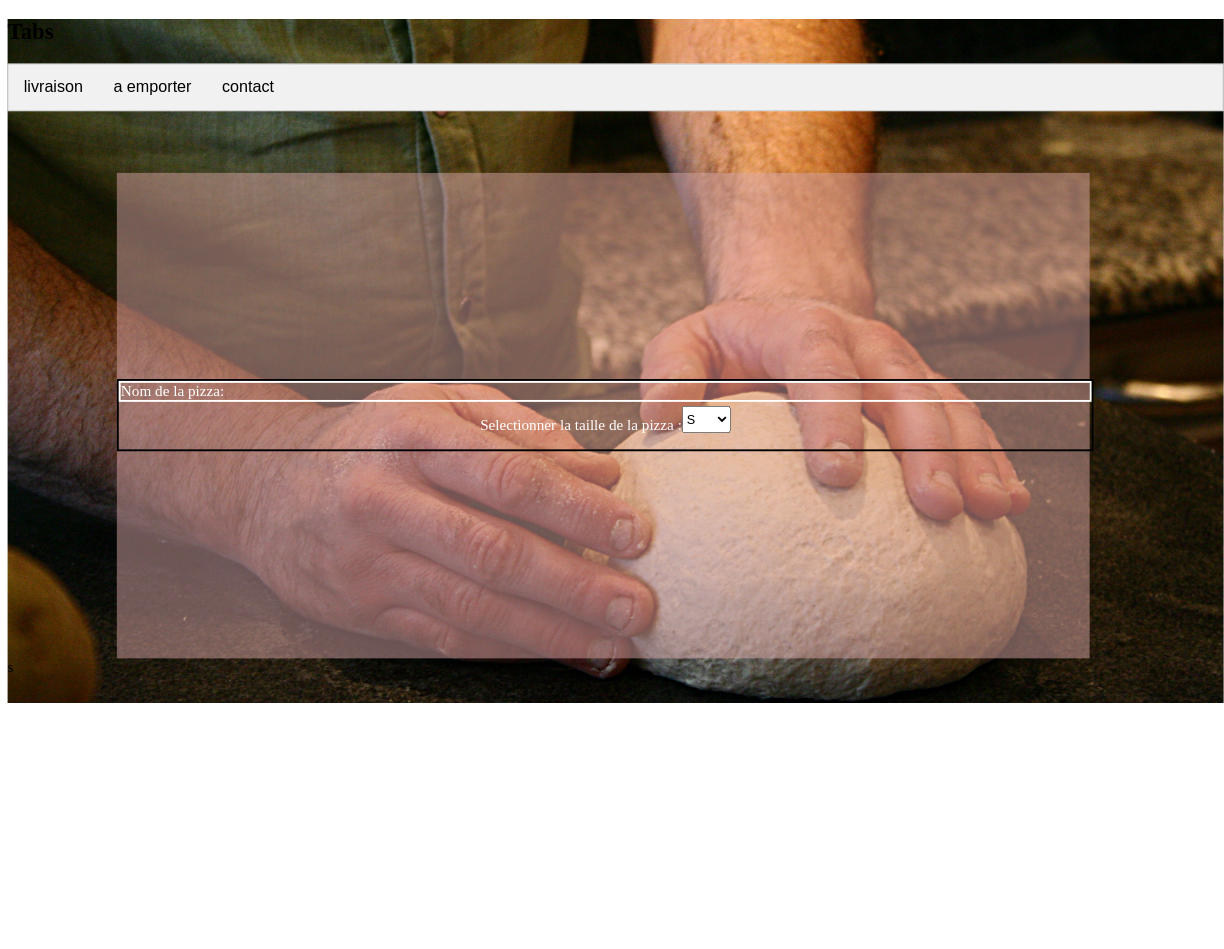
Repository: dev84-unalien/pippo_pizza
Page: admin.html
These files come from the project's save history. The page is drawn as it stood at one moment and after the next save; the edit follows.
The browser window is 1280 px wide. The page is 1288 px wide, so the pictures cover 1288 px, including what lies to the right of the window. The pictures show the whole page, at 95% of full size.

Above is the page before, as saved 2019-09-10 11:39:28.

### admin.html
<!DOCTYPE html>
<html lang="en">

<head>
    <meta charset="UTF-8">
    <meta name="viewport" content="width=device-width, initial-scale=1.0">
    <meta http-equiv="X-UA-Compatible" content="ie=edge">
    <title>pizzaria pippo</title>
    <link rel="stylesheet" href="admin.css">
    <script src="jquery-3.4.1.min.js"></script>
    <script src="admin.js"></script>

</head>

<body>
    <div id=unos>
        <div id=commande>

            <h2>Tabs</h2>


            <div class="tab">
                <button class="tablinks" onclick="openCity(event, 'livraison')">livraison</button>
                <button class="tablinks" onclick="openCity(event, 'emporter')">a emporter</button>
                <button class="tablinks" onclick="openCity(event, 'contact')">contact</button>
            </div>

            <div id="livraison" class="tabcontent">
                <h3>livraison</h3>
            </div>

            <div id="emporter" class="tabcontent">
                <h3>emporter</h3>

            </div>

            <div id="contact" class="tabcontent">
            </div>
            </form>

         <div id="body">
            <div id="Gcadre">
            <div id="categorie1">
                 <div id="Nom">Nom de la pizza:</div>
                  <div id="Taille">
                  <p>Selectionner la taille de la pizza :</p>
                   <select >
                         <option value="S">S</option>
                         <option value="M">M</option>
                         <option value=">L">L</option>
                         <option value="XL">XL</option>
                         <option value="XXL">XXL</option>
                     </select>
                </div>
            </div>
            <div id="Description"></div>
            <div id="Prix"></div>

            <div id="Image"></div>
        </div>
    </div>
</body>

</html>s

### admin.css
#unos {
  height: 100vh;
  width: 100vw;
  background-image: url("images/ajoutpizza.jpg");
  justify-content: cover;
  background-size: 100vw;
}
#body{
    width: 100vw;
    height: 80vh;
    display: flex;
  flex-direction: column;
  justify-content: center;
  align-content: center;
}
#Gcadre {
  display: flex;
  flex-direction: column;
  justify-content: center;
  align-content: center;
  width: 80vw;
  height: 80vh;
  background-color: rgba(216, 166, 166, 0.5);
  margin-left: 9vw;
  margin-top:9vh;
}
#categorie1{
  width: 80vw;
  height:10vh;

border: 2px black solid;
}
#Nom {
  color: white;
  border:solid 2px;
}

#Taille {
  display: flex;
  justify-content: center;
  align-content: center;
  width: 80vw;
  height: 80vh;
}
select {
  width: 4vw;
  height: 4vh;
  margin-top: 0.5vh;
}
p {
  color: white;
}

#formulaire {
  height: 50%;
  width: 50%;
  background-color: aliceblue;
}

#livraison {
  background-color: aquamarine;
}

#emporter {
  background-color: beige;
}

#contact {
  background-color: powderblue;
}

.tab {
  overflow: hidden;
  border: 1px solid #ccc;
  background-color: #f1f1f1;
}

/* Style the buttons inside the tab */

.tab button {
  background-color: inherit;
  float: left;
  border: none;
  outline: none;
  cursor: pointer;
  padding: 14px 16px;
  transition: 0.3s;
  font-size: 17px;
}

/* Change background color of buttons on hover */

.tab button:hover {
  background-color: red;
}

/* Create an active/current tablink class */

.tab button.active {
  background-color: red;
}

/* Style the tab content */

.tabcontent {
  display: none;
  padding: 6px 12px;
  border: 1px solid red;
  border-top: none;
}

Loaded but not shown: jquery-3.4.1.min.js (library); admin.js (no copy from this time; the picture is the same without it)

After the next save:
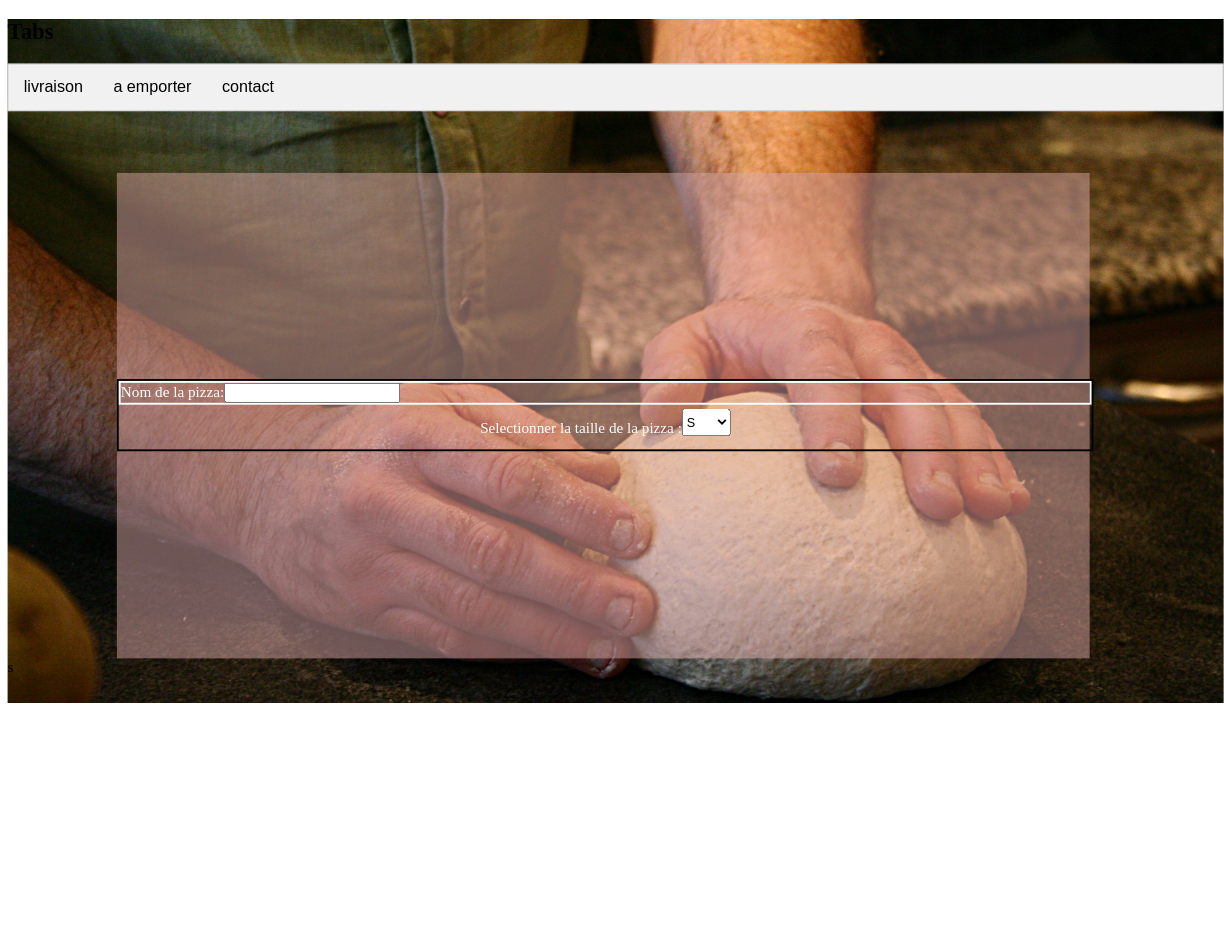
Saved 2 min 40 s later.
--- a/admin.html
+++ b/admin.html
@@ -41,7 +41,7 @@
          <div id="body">
             <div id="Gcadre">
             <div id="categorie1">
-                 <div id="Nom">Nom de la pizza:</div>
+                 <div id="Nom">Nom de la pizza:<input></input></div>
                   <div id="Taille">
                   <p>Selectionner la taille de la pizza :</p>
                    <select >
